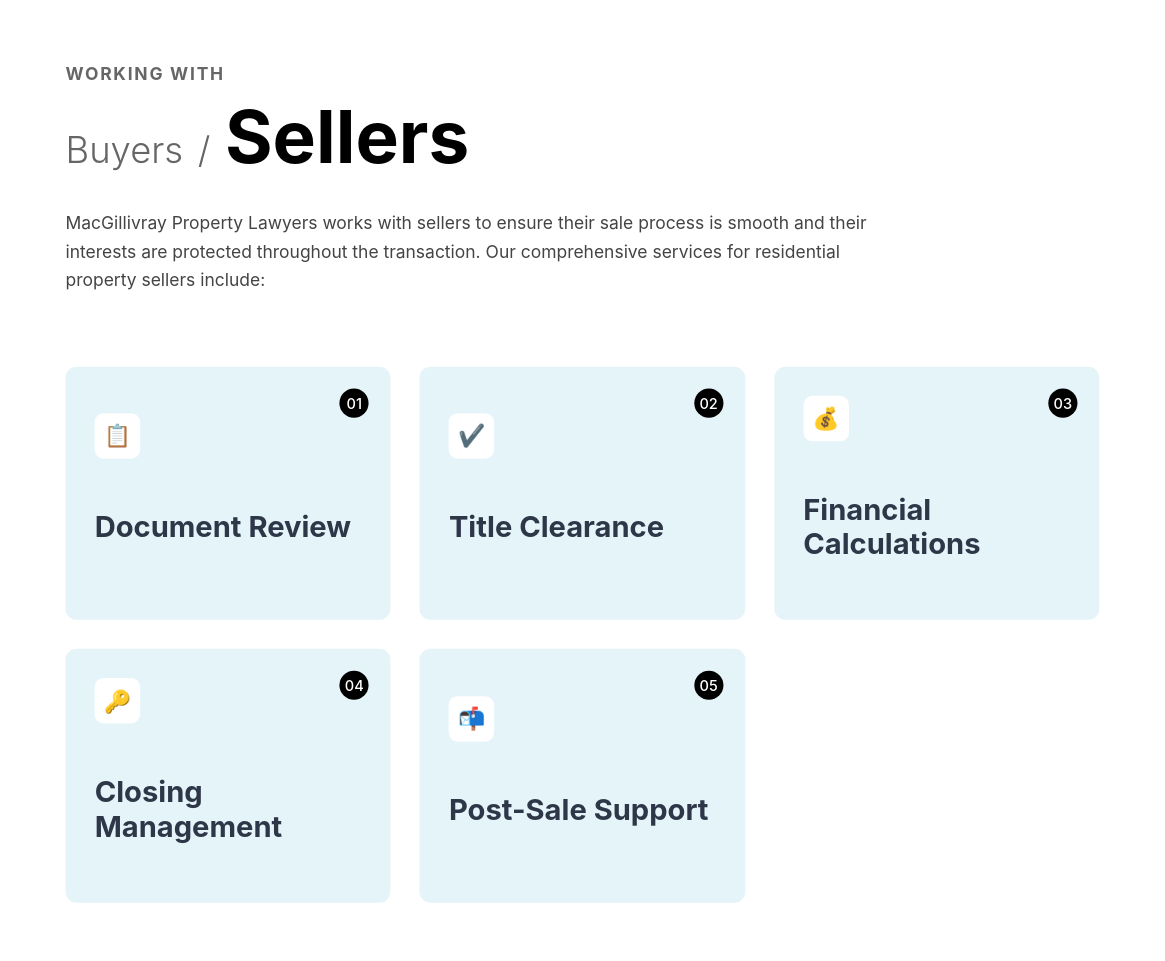
Repository: mibma/alphavent
Page: /sellers
An editor plug-in stored every save of this project. The page is shown before and after the next save, followed by the edit.
The browser window is 1280 px wide. The pictures show the whole page, at 91% of full size.
The project was rebuilt for these pictures with package versions that can differ from the ones it lists, and the page was loaded fresh each time. The framework's server and built-in components were replaced by stand-ins that run in the browser.

Above is the page before, as saved 2025-04-22 23:12:56.

After the next save:
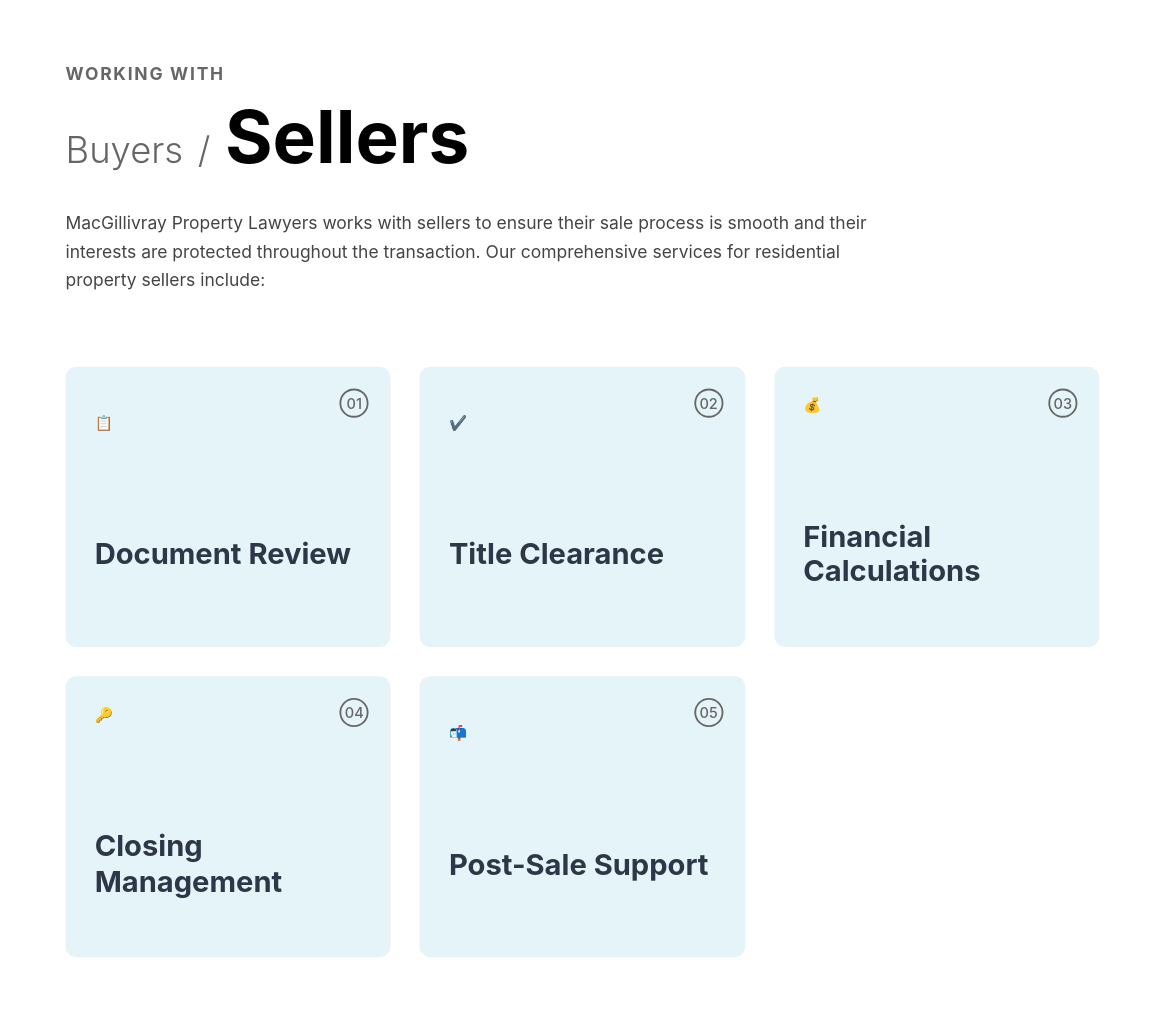
Saved 8 min 52 s later.
--- a/styles/Home.module.css
+++ b/styles/Home.module.css
@@ -112,28 +112,27 @@
 }
 
 .iconContainer {
-  background-color: white;
-  width: 50px;
-  height: 50px;
-  border-radius: 10px;
-  display: flex;
-  align-items: center;
-  justify-content: center;
+  width: 80px;
+  height: 80px;
   margin-bottom: 1.5rem;
+  position: relative;
 }
 
 .icon {
-  font-size: 1.5rem;
+  width: 100%;
+  height: 100%;
+  object-fit: contain;
 }
 
 .serviceNumber {
   position: absolute;
   top: 1.5rem;
   right: 1.5rem;
-  background-color: black;
-  color: white;
+  background-color: transparent;
+  color: #666;
   width: 32px;
   height: 32px;
+  border: 2px solid #666;
   border-radius: 50%;
   display: flex;
   align-items: center;
